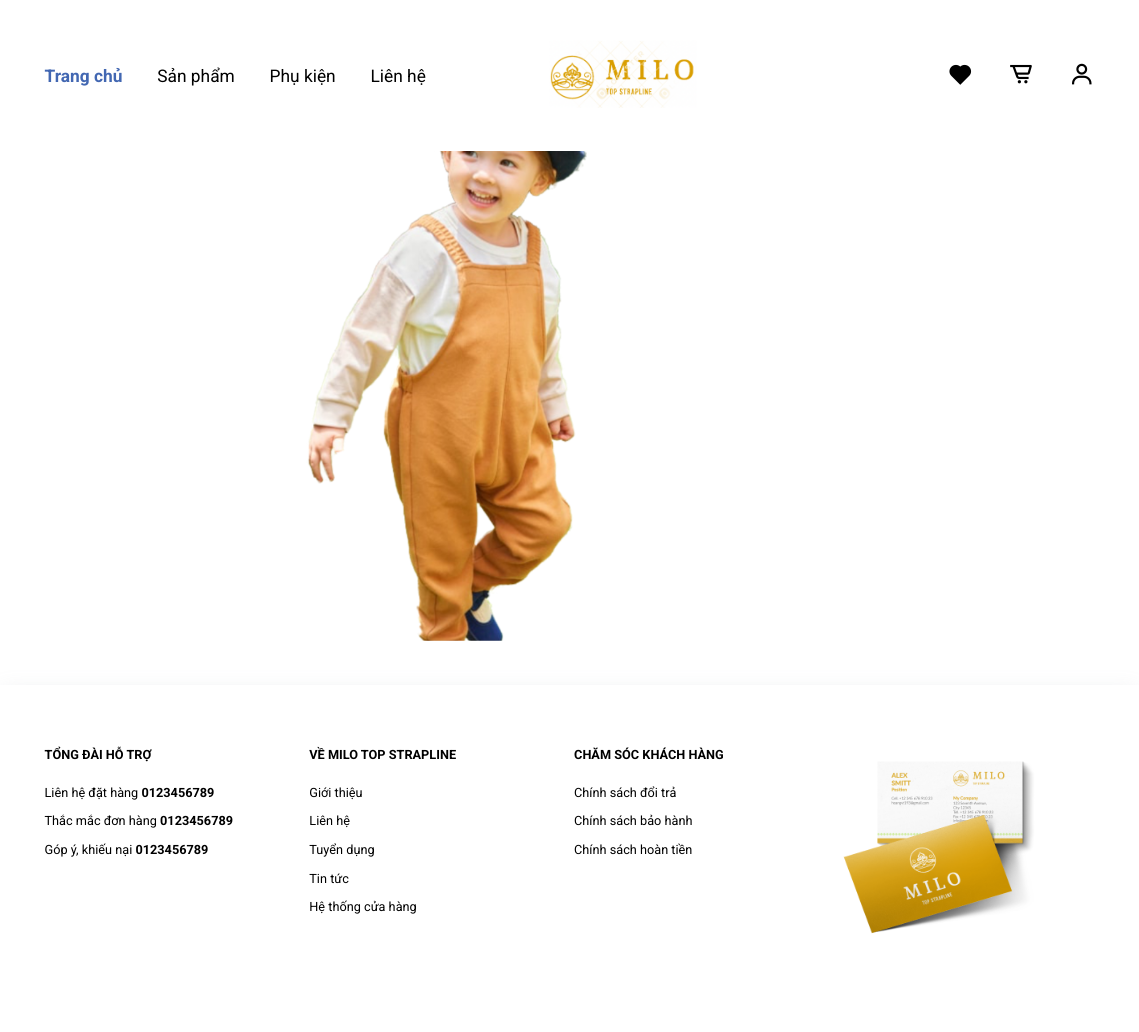
Repository: QuyHoang99k/shop
Page: /
These files come from the project's save history. The page is drawn as it stood at one moment and after the next save; the edit follows.
The browser window is 1280 px wide. The pictures show the whole page, at 89% of full size.
The project was rebuilt for these pictures with package versions that can differ from the ones it lists, and the page was loaded fresh each time. Also part of the build but not shown: src/pages/Catalog.jsx, src/pages/Cart.jsx, src/pages/Product.jsx.

Above is the page before, as saved 2021-10-16 11:41:20.

After the next save:
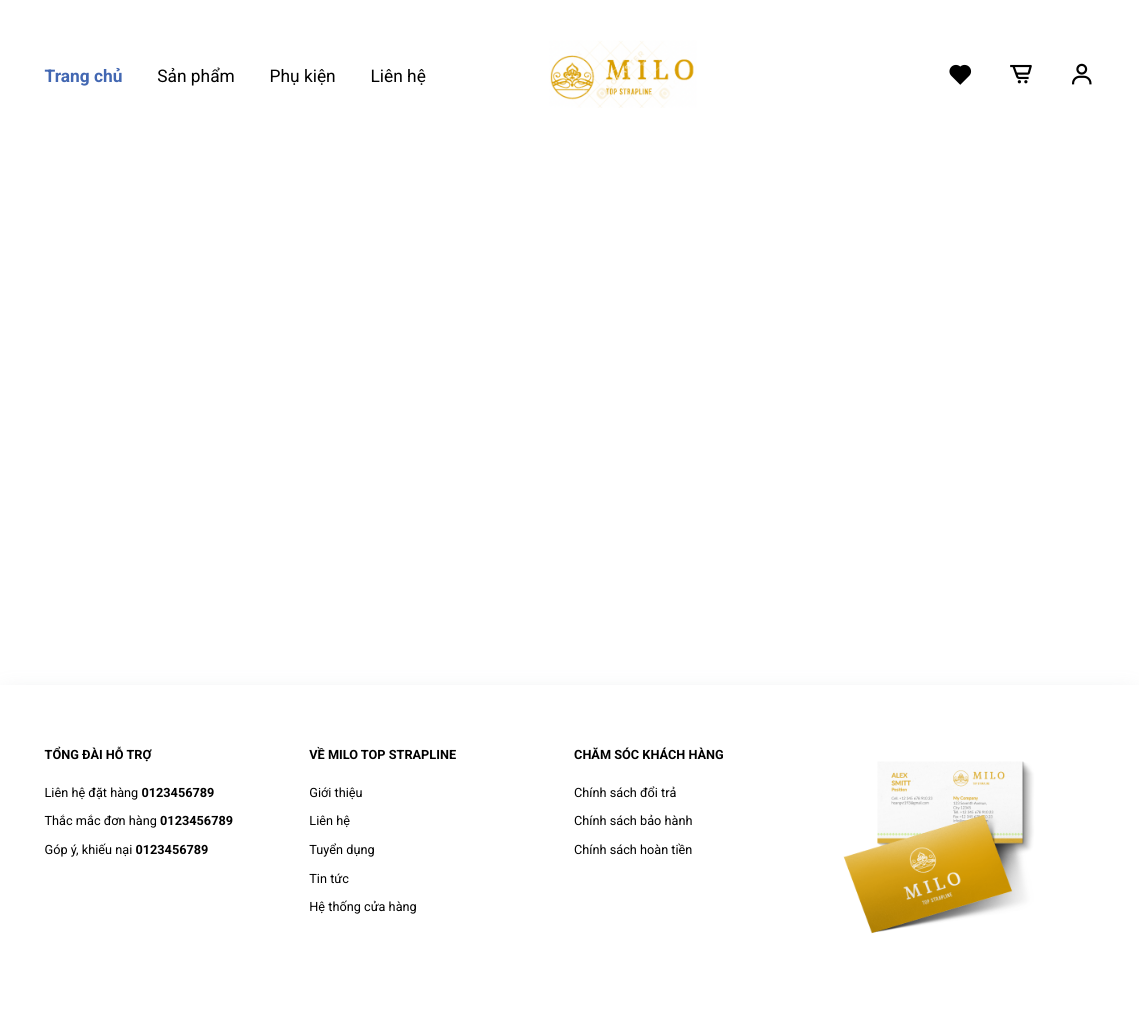
Saved 60 s later.
--- a/src/sass/components/_hero-slider.scss
+++ b/src/sass/components/_hero-slider.scss
@@ -11,4 +11,13 @@
     @include mobile {
         margin-top: calc(#{$header-mobile-height} * -1);
     }
+    &__item{
+        @include flex(center,space-between);
+
+        opacity: 0;
+        visibility: hidden;
+        pointer-events: none;
+        position: absolute;
+        inset: 0;
+    }
 }
